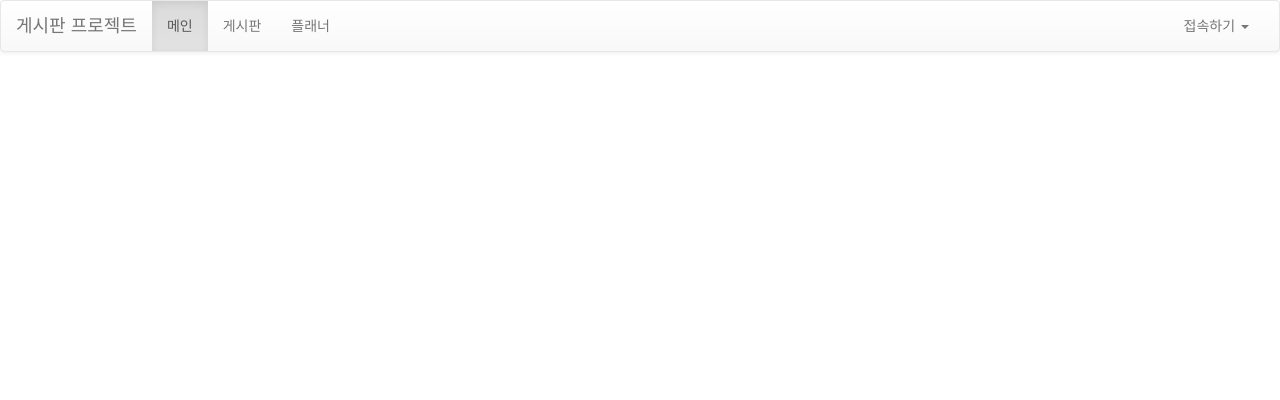
Repository: Seok7975/JSP-Education
Page: http://localhost/BBS/main.jsp
The author's editor kept a copy of each file at every save. The page is drawn from the files as they stood at one save, then again after the next save.
The browser window is 1280 px wide. The pictures show the whole page.
Some web libraries are served in a nearby version. The page is served by Tomcat 9. Other server files are loaded and not shown.

Above is the page before, as saved 2024-06-10 08:38:53.

### List_Projects/BBS/src/main/webapp/main.jsp
<%--  <!-- 회원가입화면 -->
<%@ page language="java" contentType="text/html; charset=UTF-8"
    pageEncoding="UTF-8"%>
<%@ page import="java.io.PrintWriter" %>
<!DOCTYPE html>
<html>
<head>
<meta http-equiv="Content-Type" content="text/html; charset=UTF-8">
<meta name="viewport" content="width=device-width, initial-scale=1">
<!-- Latest compiled and minified CSS -->
<link rel="stylesheet" href="https://cdn.jsdelivr.net/npm/bootstrap@3.3.7/dist/css/bootstrap.min.css" integrity="sha384-BVYiiSIFeK1dGmJRAkycuHAHRg32OmUcww7on3RYdg4Va+PmSTsz/K68vbdEjh4u" crossorigin="anonymous">
<!-- Optional theme -->
<link rel="stylesheet" href="https://cdn.jsdelivr.net/npm/bootstrap@3.3.7/dist/css/bootstrap-theme.min.css" integrity="sha384-rHyoN1iRsVXV4nD0JutlnGaslCJuC7uwjduW9SVrLvRYooPp2bWYgmgJQIXwl/Sp" crossorigin="anonymous">
<!-- jQuery (necessary for Bootstrap's JavaScript plugins) -->
<script src="https://code.jquery.com/jquery-3.1.1.min.js"></script>
<!-- Latest compiled and minified JavaScript -->
<script src="https://cdn.jsdelivr.net/npm/bootstrap@3.3.7/dist/js/bootstrap.min.js" integrity="sha384-Tc5IQib027qvyjSMfHjOMaLkfuWVxZxUPnCJA7l2mCWNIpG9mGCD8wGNIcPD7Txa" crossorigin="anonymous"></script>
<title>JSP 게시판 웹 사이트</title>
</head>
<body>
<%
	String userID = null;
	if (session.getAttribute("userID") != null) {
		userID = (String) session.getAttribute("userID");
	}
%>
	<nav class="navbar navbar-default">
		<div class="container-fluid">
			<div class="navbar-header">
				<button type="button" class="navbar-toggle collapsed" data-toggle="collapse" data-target="#bs-example-navbar-collapse-1" aria-expanded="false">
					<span class="sr-only">Toggle navigation</span>
					<span class="icon-bar"></span>
					<span class="icon-bar"></span>
					<span class="icon-bar"></span>
				</button>
				<a class="navbar-brand" href="main.jsp">게시판 프로젝트</a>
			</div>
			<div class="collapse navbar-collapse" id="bs-example-navbar-collapse-1">
				<ul class="nav navbar-nav">
					<li class="active"><a href="main.jsp">메인</a></li>
					<li><a href="bbs.jsp">게시판</a></li>

				</ul>
				<%
					if(userID == null) {
				%>
					<ul class="nav navbar-nav navbar-right">
						<li class="dropdown">
							<a href="#" class="dropdown-toggle" data-toggle="dropdown" role="button" aria-haspopup="true" aria-expanded="false">접속하기 <span class="caret"></span></a>
							<ul class="dropdown-menu">
								<li><a href="login.jsp">로그인</a></li>
								<li><a href="join.jsp">회원가입</a></li>
							</ul>
						</li>
					</ul>
				<%
					} else {
				%>
						<ul class="nav navbar-nav navbar-right">
						<li class="dropdown">
							<a href="#" class="dropdown-toggle" data-toggle="dropdown" role="button" aria-haspopup="true" aria-expanded="false">회원관리<span class="caret"></span></a>
							<ul class="dropdown-menu">
								<li><a href="logoutAction.jsp">로그아웃</a></li>
							</ul>
						</li>
					</ul>
				<%
					}
				%>
			</div>
		</div>
	</nav>
</body>
</html>

  --%>


  <%@page import="java.util.List"%>
<%@page import="java.util.ArrayList"%>
<%@ page language="java" contentType="text/html; charset=UTF-8"
    pageEncoding="UTF-8"%>
<!DOCTYPE html>
<html>
<head>
    <meta charset="UTF-8">
    <title>JSP 게시판 웹 사이트</title>
    <link rel="stylesheet" href="https://cdn.jsdelivr.net/npm/bootstrap@3.3.7/dist/css/bootstrap.min.css" integrity="sha384-BVYiiSIFeK1dGmJRAkycuHAHRg32OmUcww7on3RYdg4Va+PmSTsz/K68vbdEjh4u" crossorigin="anonymous">
    <link rel="stylesheet" href="https://cdn.jsdelivr.net/npm/bootstrap@3.3.7/dist/css/bootstrap-theme.min.css" integrity="sha384-rHyoN1iRsVXV4nD0JutlnGaslCJuC7uwjduW9SVrLvRYooPp2bWYgmgJQIXwl/Sp" crossorigin="anonymous">
    <script src="https://code.jquery.com/jquery-3.1.1.min.js"></script>
    <script src="https://cdn.jsdelivr.net/npm/bootstrap@3.3.7/dist/js/bootstrap.min.js" integrity="sha384-Tc5IQib027qvyjSMfHjOMaLkfuWVxZxUPnCJA7l2mCWNIpG9mGCD8wGNIcPD7Txa" crossorigin="anonymous"></script>
</head>
<body>
<%
    String userID = null;
    if (session.getAttribute("userID") != null) {
        userID = (String) session.getAttribute("userID");
    }
%>
    <nav class="navbar navbar-default">
        <div class="container-fluid">
            <div class="navbar-header">
                <button type="button" class="navbar-toggle collapsed" data-toggle="collapse" data-target="#bs-example-navbar-collapse-1" aria-expanded="false">
                    <span class="sr-only">Toggle navigation</span>
                    <span class="icon-bar"></span>
                    <span class="icon-bar"></span>
                    <span class="icon-bar"></span>
                </button>
                <a class="navbar-brand" href="main.jsp">게시판 프로젝트</a>
            </div>
            <div class="collapse navbar-collapse" id="bs-example-navbar-collapse-1">
                <ul class="nav navbar-nav">
                    <li class="active"><a href="main.jsp">메인</a></li>
                    <li><a href="bbs.jsp">게시판</a></li>
                    <li><a href="planner.jsp">플래너</a></li> <!-- 플래너 메뉴 추가 -->
                </ul>
                <%
                    if(userID == null) {
                %>
                    <ul class="nav navbar-nav navbar-right">
                        <li class="dropdown">
                            <a href="#" class="dropdown-toggle" data-toggle="dropdown" role="button" aria-haspopup="true" aria-expanded="false">접속하기 <span class="caret"></span></a>
                            <ul class="dropdown-menu">
                                <li><a href="login.jsp">로그인</a></li>
                                <li><a href="join.jsp">회원가입</a></li>
                            </ul>
                        </li>
                    </ul>
                <%
                    } else {
                %>
                        <ul class="nav navbar-nav navbar-right">
                        <li class="dropdown">
                            <a href="#" class="dropdown-toggle" data-toggle="dropdown" role="button" aria-haspopup="true" aria-expanded="false">회원관리<span class="caret"></span></a>
                            <ul class="dropdown-menu">
                                <li><a href="logoutAction.jsp">로그아웃</a></li>
                            </ul>
                        </li>
                    </ul>
                <%
                    }
                %>
            </div>
        </div>
    </nav>
</body>
</html>

After the next save:
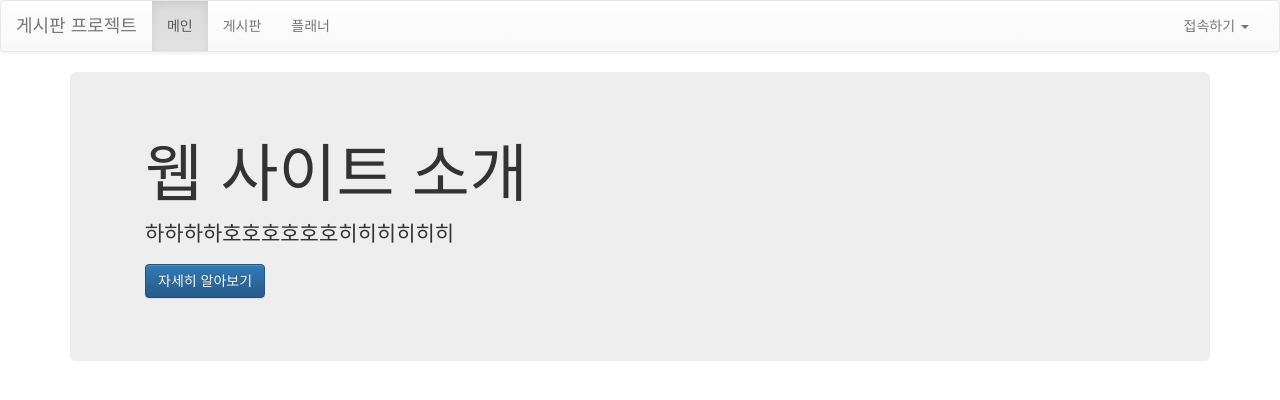
Saved 31 min 40 s later.
--- a/List_Projects/BBS/src/main/webapp/main.jsp
+++ b/List_Projects/BBS/src/main/webapp/main.jsp
@@ -143,5 +143,15 @@
             </div>
         </div>
     </nav>
+
+    <div class="container">
+    	<div class="jumbotron">
+    		<div class="container">
+    			<h1>웹 사이트 소개</h1>
+    			<p>하하하하호호호호호호히히히히히히</p>
+    			<p><a class="btn btn-primary btn-pull" href="#" role="button">자세히 알아보기</a>
+    		</div>
+    	</div>
+    </div>
 </body>
 </html>
